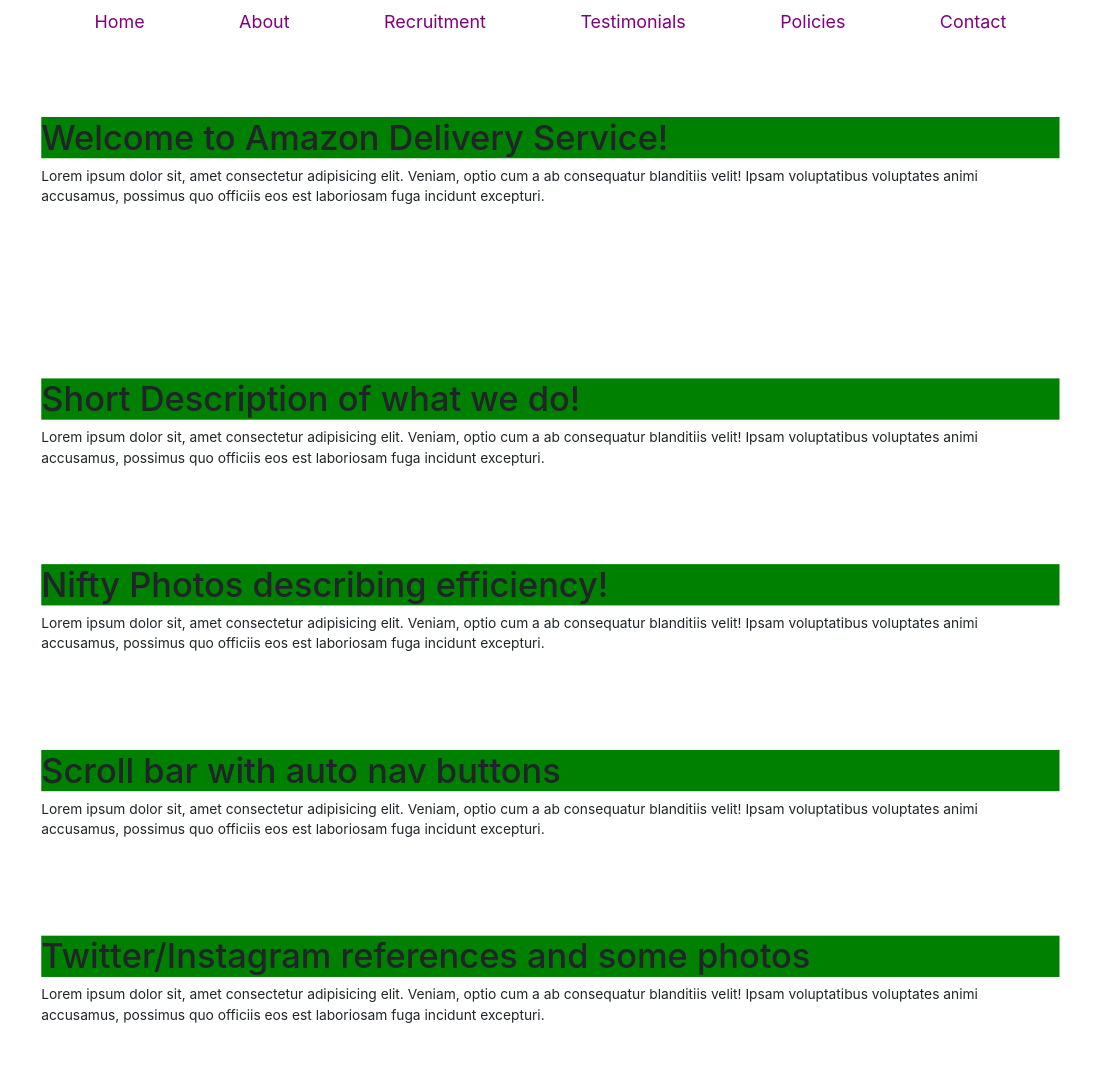
Repository: cerebrium/website
Page: /
These files come from the project's save history. The page is drawn as it stood at one moment and after the next save; the edit follows.
The browser window is 1280 px wide. The pictures show the whole page, at 86% of full size.
The project was rebuilt for these pictures with package versions that can differ from the ones it lists, and the page was loaded fresh each time. Also part of the build but not shown: src/Routes/About.jsx, src/Routes/Recruitment.jsx, src/Routes/Testimonials.jsx, src/Routes/Policies.jsx, src/Routes/Contact.jsx.

Above is the page before, as saved 2019-11-02 12:50:20.

After the next save:
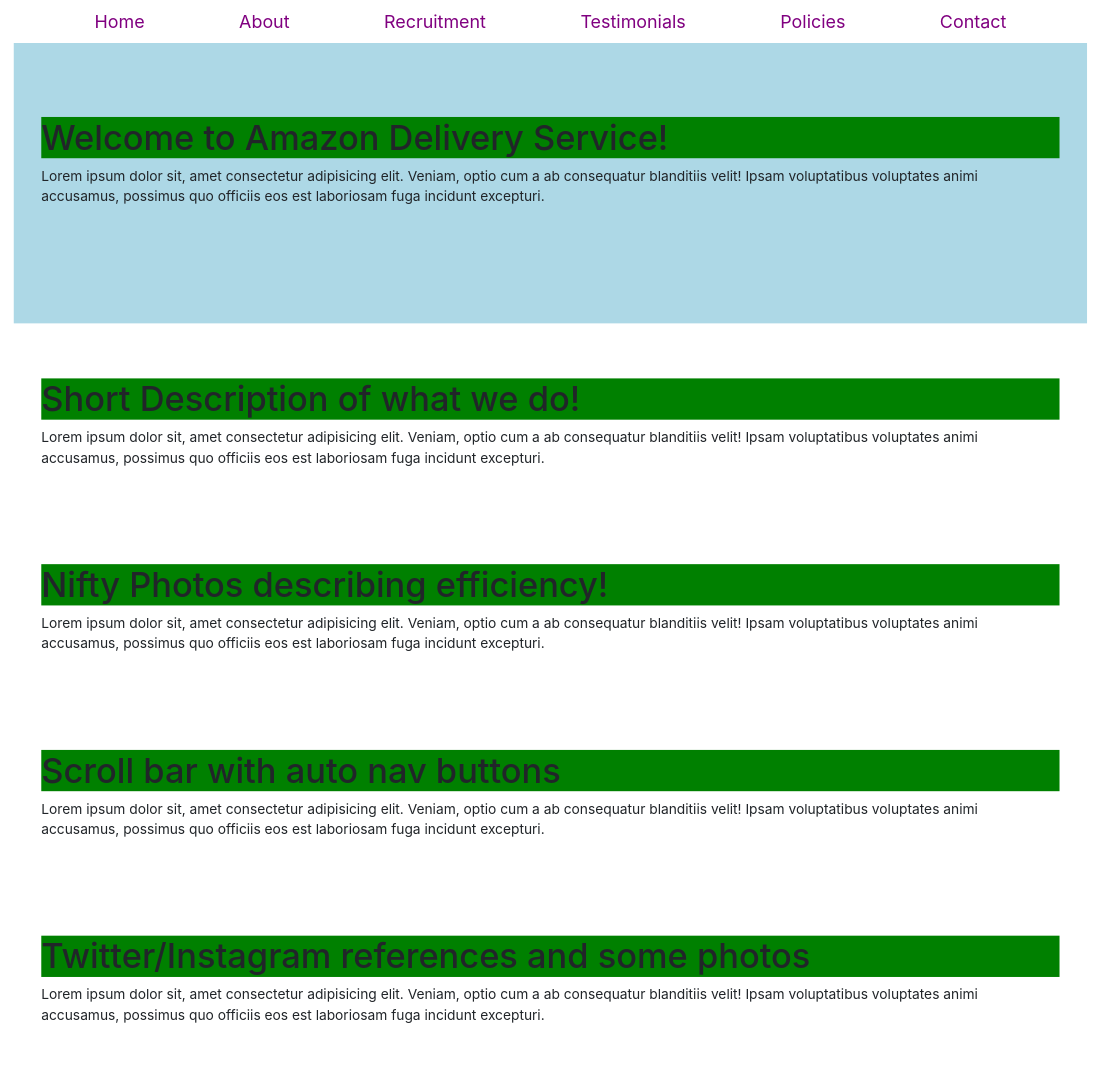
Saved 31 s later.
--- a/src/styles/App.css
+++ b/src/styles/App.css
@@ -45,6 +45,7 @@
 
 .pictureBackground {
   height: 50vh;
+  background: lightblue;
 }
 h1 {
   background: green;
